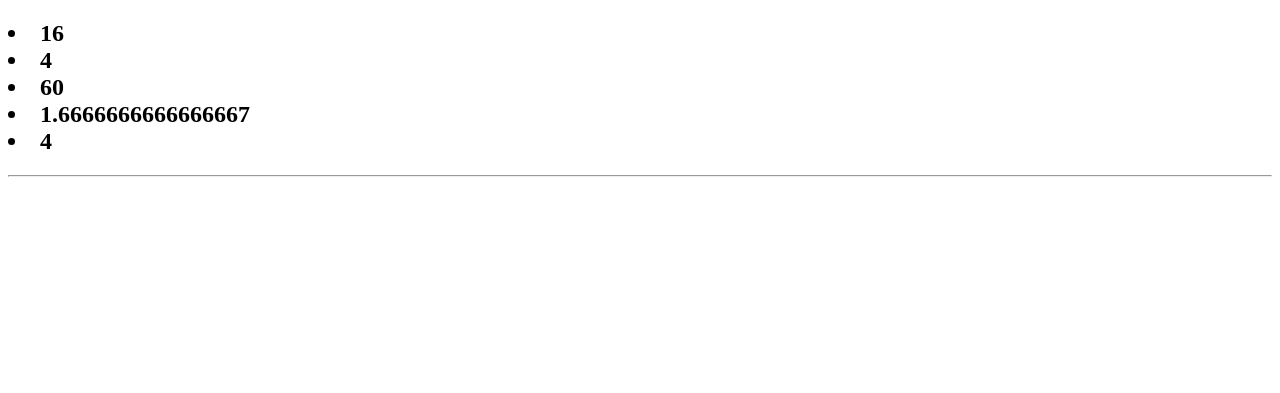
Repository: wjsjsn/23_webstudy
Page: 03_javascript/src/main/webapp/day03/Ex01_number.html
An editor plug-in stored every save of this project. The page is shown before and after the next save, followed by the edit.
The browser window is 1280 px wide. The pictures show the whole page.

Above is the page before, as saved 2023-06-29 01:09:02.

### 03_javascript/src/main/webapp/day03/Ex01_number.html
<!DOCTYPE html>
<html>
<head>
<meta charset="UTF-8">
<title>Number 클래스</title>
<script type="text/javascript">
	var s1 = 10;
	var s2 = 6;

	document.write("<h2>")
	document.write("<li>" + (s1 + s2) + "</li>")
	document.write("<li>" + (s1 - s2) + "</li>")
	document.write("<li>" + (s1 * s2) + "</li>")
	document.write("<li>" + (s1 / s2) + "</li>")
	document.write("<li>" + (s1 % s2) + "</li>")
	document.write("</h2>")
	document.write("<hr>")

</script>
</head>
<body>
</body>
</html>

After the next save:
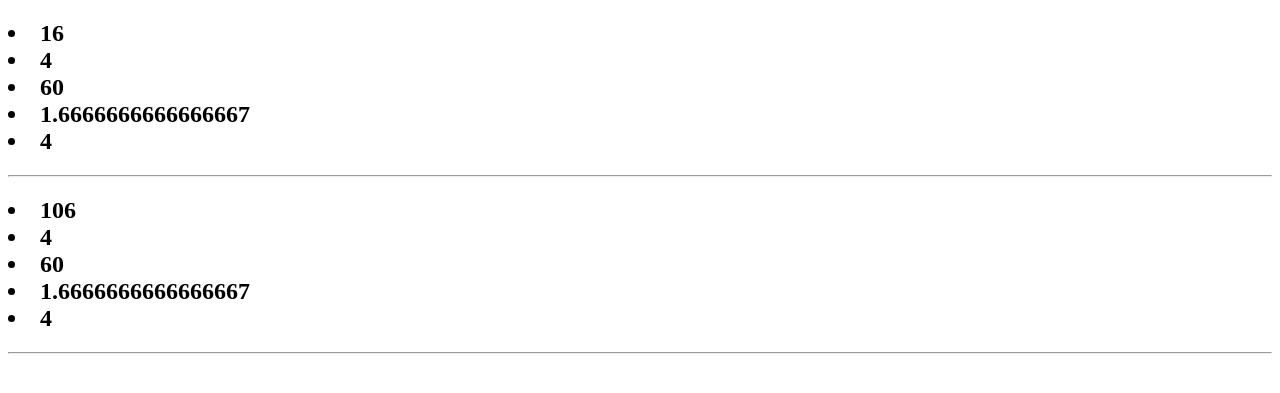
Saved 4 min 0 s later.
--- a/03_javascript/src/main/webapp/day03/Ex01_number.html
+++ b/03_javascript/src/main/webapp/day03/Ex01_number.html
@@ -16,6 +16,18 @@
 	document.write("</h2>")
 	document.write("<hr>")
 
+	var s1 = "10";
+	var s2 = "6";
+
+	document.write("<h2>")
+	document.write("<li>" + (s1 + s2) + "</li>")
+	document.write("<li>" + (s1 - s2) + "</li>")
+	document.write("<li>" + (s1 * s2) + "</li>")
+	document.write("<li>" + (s1 / s2) + "</li>")
+	document.write("<li>" + (s1 % s2) + "</li>")
+	document.write("</h2>")
+	document.write("<hr>")
+
 </script>
 </head>
 <body>
